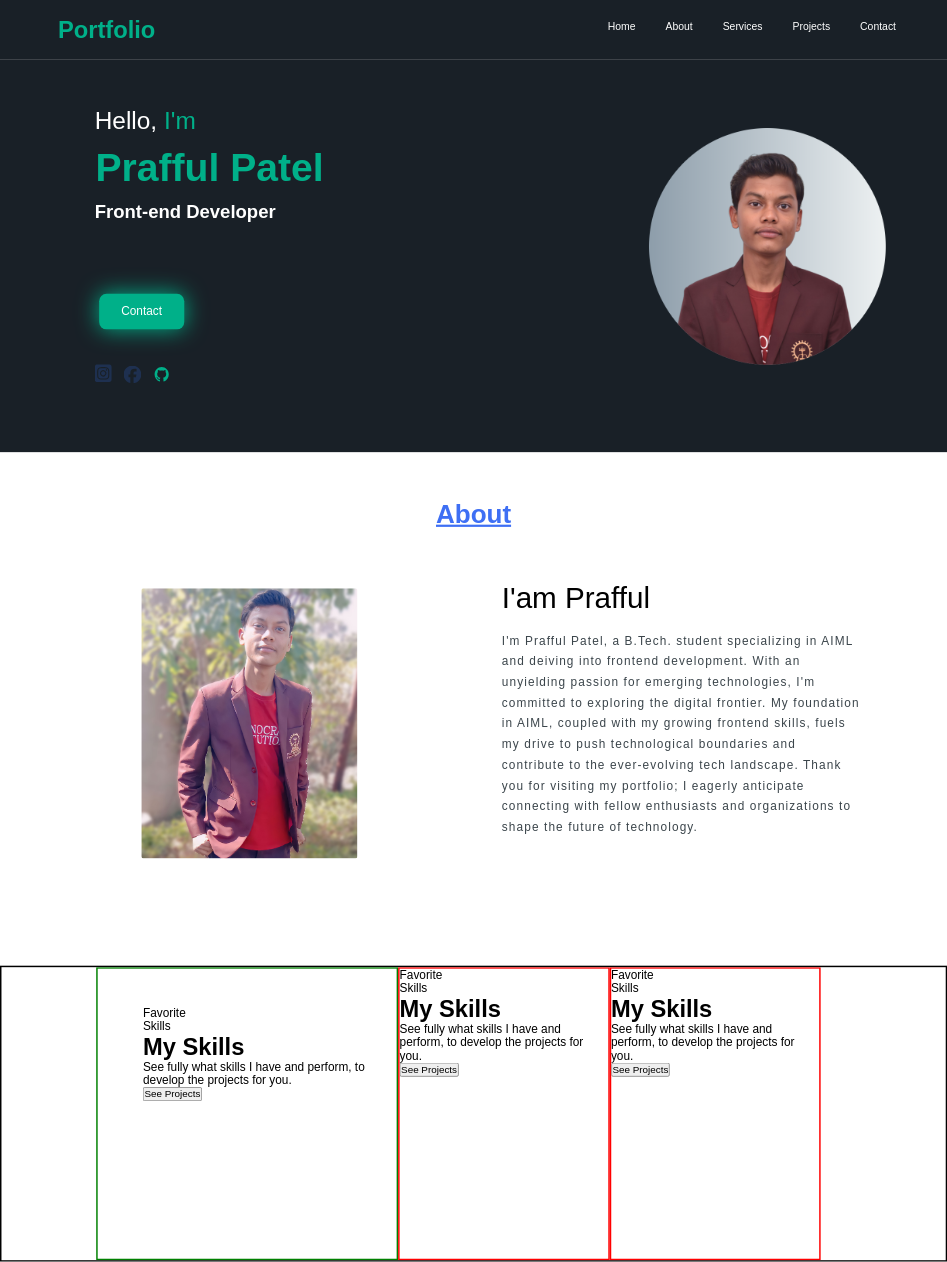
Repository: PraffulPatel27/Portfolio_2.0
Page: index.html
The author's editor kept a copy of each file at every save. The page is drawn from the files as they stood at one save, then again after the next save.
The browser window is 1280 px wide. The pictures show the whole page, at 74% of full size.
The pointer rests on the first visible `.btn`.

Above is the page before, as saved 2024-01-01 15:53:35.

After the next save:
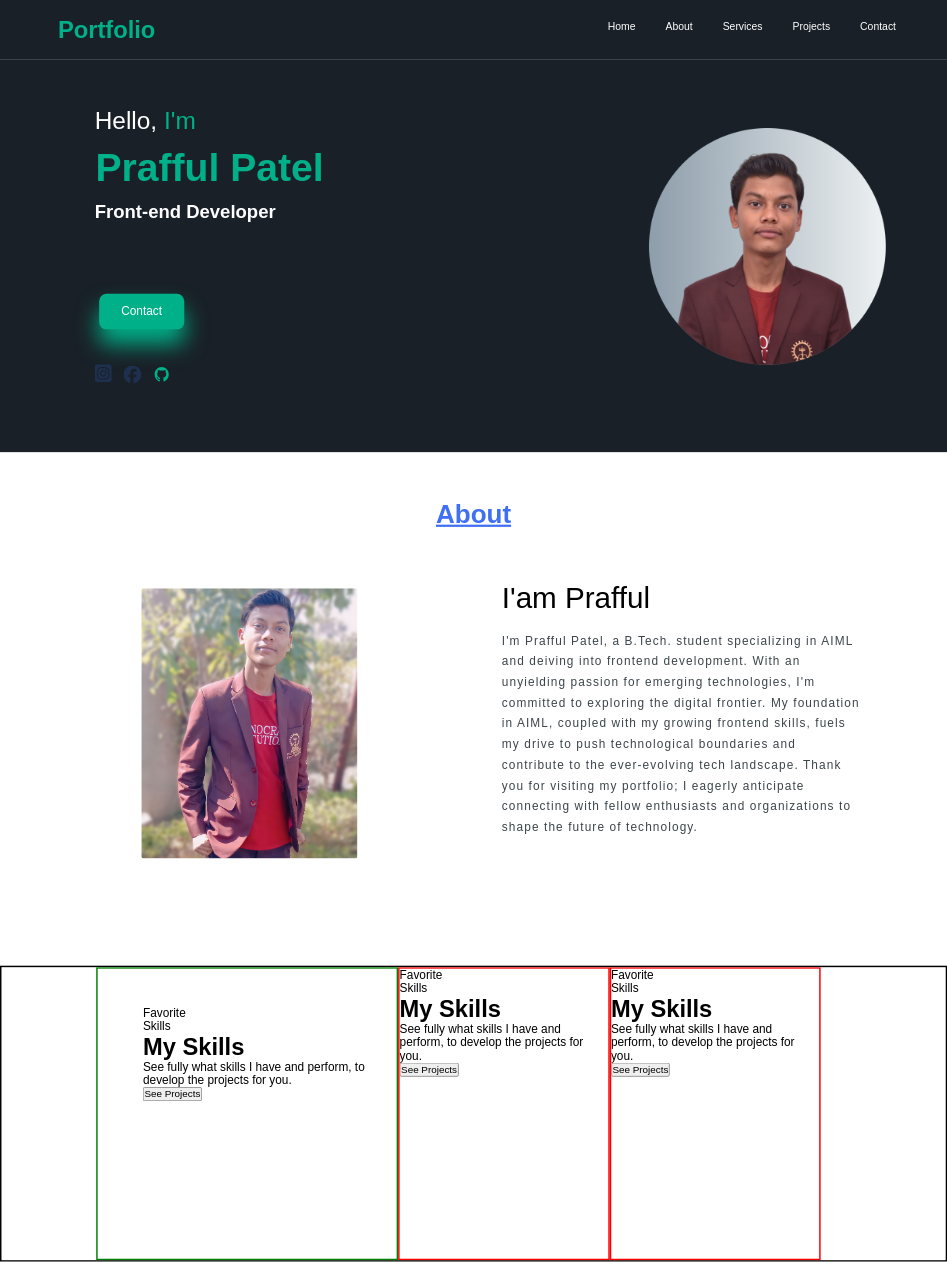
Saved 20 s later.
--- a/style.css
+++ b/style.css
@@ -132,7 +132,7 @@
     text-align: center;
 }
 .btn:hover {
-    box-shadow: 0 0 30px #00B089;
+    box-shadow: 0 20px 30px #00B089;
     transition: 0.2s;
 }
 .social {
